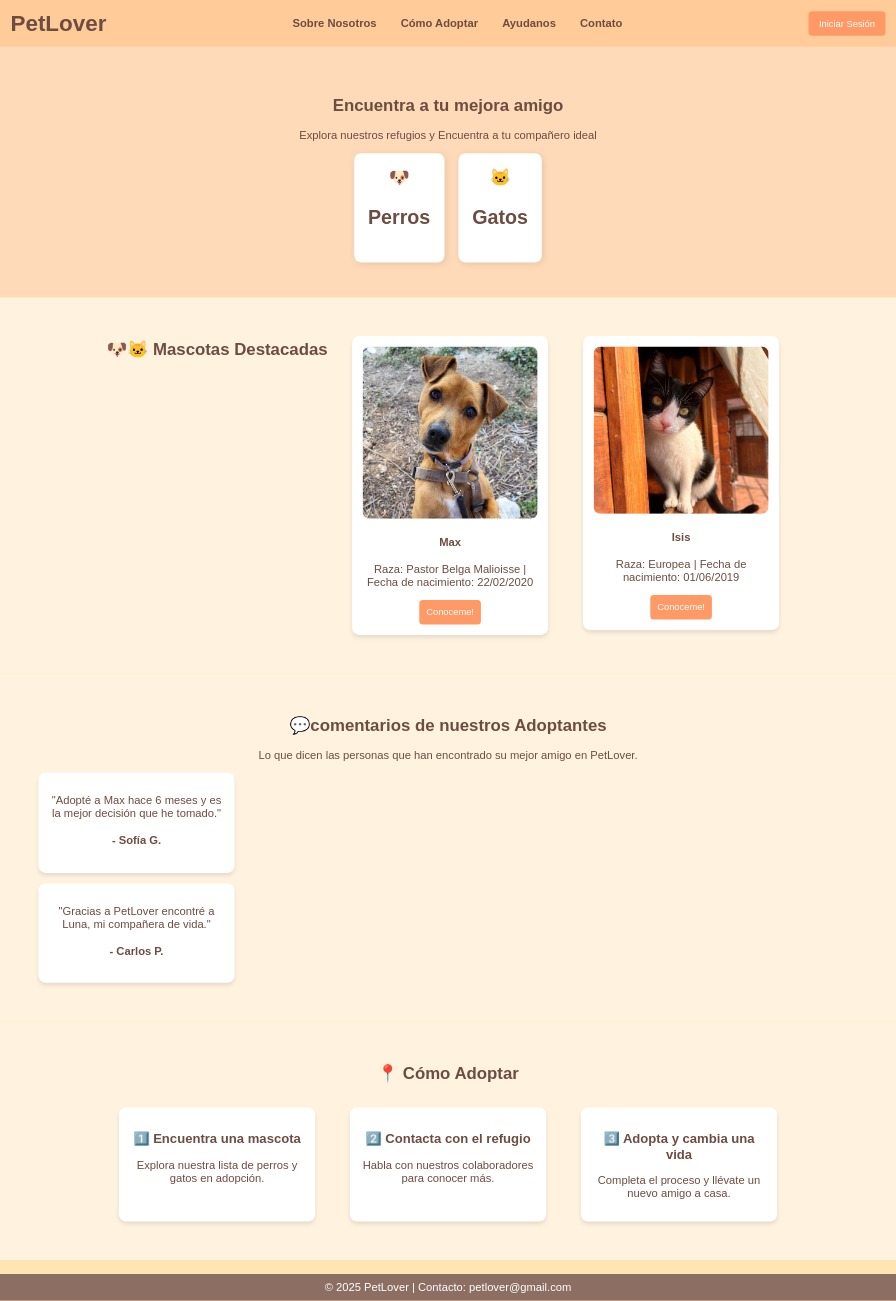
Repository: adriarodrisan/PetLover
Page: Paginas_web/Home_Petlover.html
The author's editor kept a copy of each file at every save. The page is drawn from the files as they stood at one save, then again after the next save.
The browser window is 1280 px wide. The pictures show the whole page, at 70% of full size.

Above is the page before, as saved 2025-02-17 18:25:07.

After the next save:
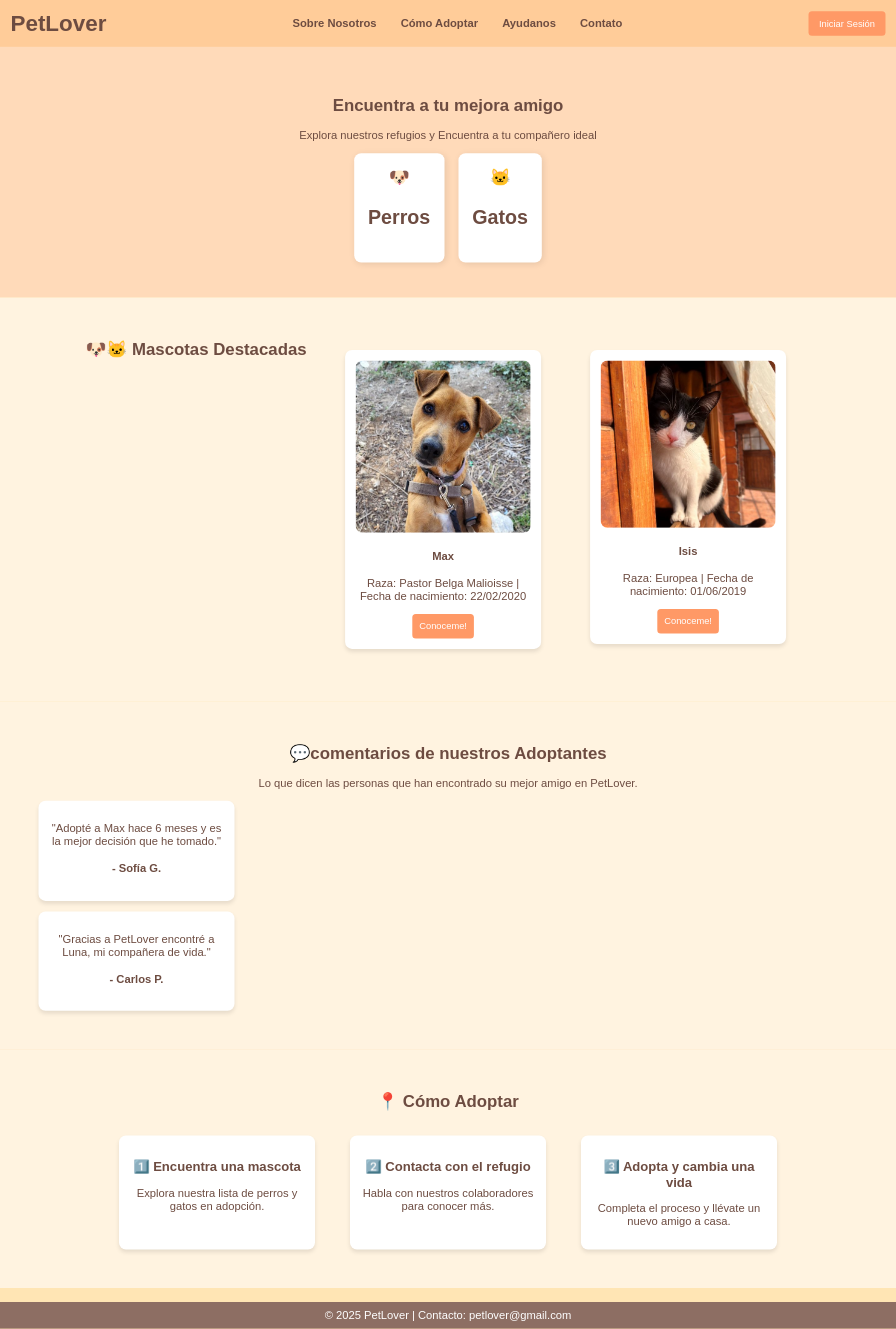
Saved 48 s later.
--- a/Css_Paginas/Home_Petlover.css
+++ b/Css_Paginas/Home_Petlover.css
@@ -103,5 +103,6 @@
     justify-content: center;
     align-items:flex-start ;
     flex-wrap: wrap;
-    gap: 20px;
+    gap: 40px;
+    padding: 20px;
 }
